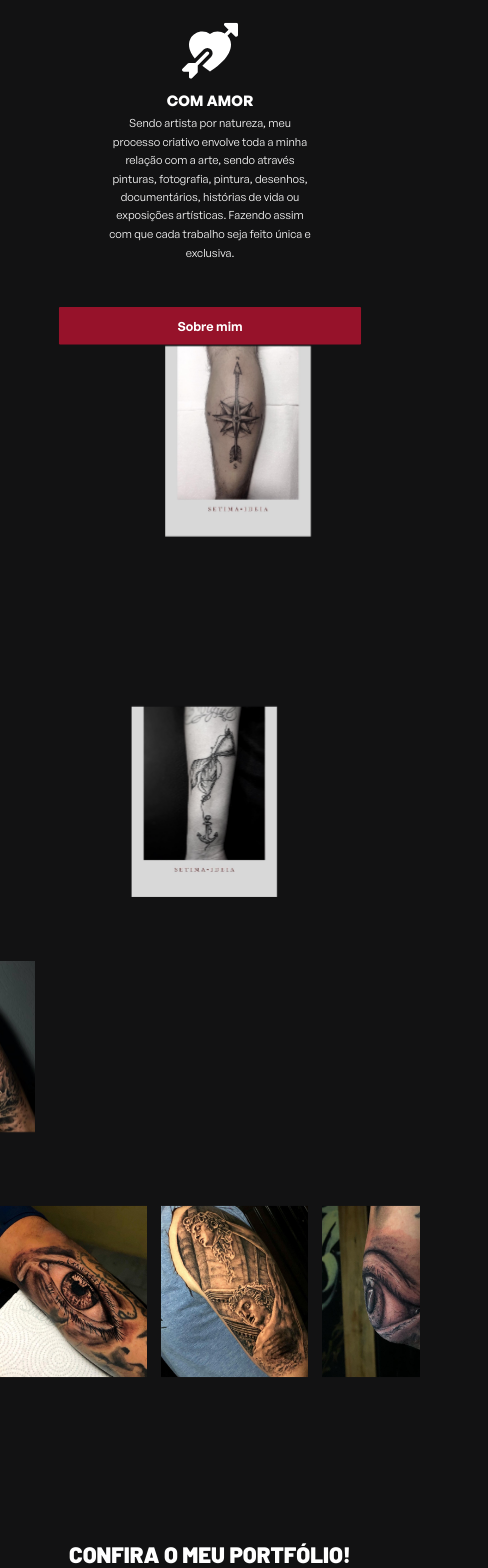
Repository: Leoka2000/S-tima-Ideia
Page: /
These files come from the project's save history. The page is drawn as it stood at one moment and after the next save; the edit follows.
The browser window is 600 px wide. The page is 697 px wide, so the pictures cover 697 px, including what lies to the right of the window. The pictures show the part of the page from y = 1399 to 3639 px (the page is 8832 px tall), at 70% of full size.
Backgrounds fixed to the window are drawn as part of the page. The project was rebuilt for these pictures with package versions that can differ from the ones it lists, and the page was loaded fresh each time. Some packages were replaced by stand-ins written for this rebuild. Also part of the build but not shown: src/pages/main/instagram/instagram.css, src/pages/main/instagram/instagram.jsx, src/App.css, src/pages/portfolio/portfolio.css, src/data/database-common.js, src/pages/portfolio/loop-content.jsx, src/pages/portfolio/portfolio.jsx, src/pages/portfolio/index.jsx and 2 more. Imported but missing from the stored project, and not drawn on this page: src/assets/videos/cauan-video.mp4.

Above is the page before, as saved 2023-05-22 21:10:26.

### public/index.html
<!DOCTYPE html>
<html lang="en">
  <head>
    <meta charset="utf-8" />
    <link rel="icon" href="%PUBLIC_URL%/logo.png" />
    <meta name="viewport" content="width=device-width, initial-scale=1" />
    <meta name="theme-color" content="#000000" />
    <meta
      name="description"
      content="Web site created using create-react-app"
    />
    <link rel="apple-touch-icon" href="%PUBLIC_URL%/logo192.png" />
    <!--
      manifest.json provides metadata used when your web app is installed on a
      user's mobile device or desktop. See https://developers.google.com/web/fundamentals/web-app-manifest/
    -->
    <link rel="manifest" href="%PUBLIC_URL%/manifest.json" />
    <!--
      Notice the use of %PUBLIC_URL% in the tags above.
      It will be replaced with the URL of the `public` folder during the build.
      Only files inside the `public` folder can be referenced from the HTML.

      Unlike "/favicon.ico" or "favicon.ico", "%PUBLIC_URL%/favicon.ico" will
      work correctly both with client-side routing and a non-root public URL.
      Learn how to configure a non-root public URL by running `npm run build`.
    -->
    <title>Setima Idea.ink</title>
  </head>
  <body>
    <noscript>You need to enable JavaScript to run this app.</noscript>
    <div id="root"></div>
    <!--
      This HTML file is a template.
      If you open it directly in the browser, you will see an empty page.

      You can add webfonts, meta tags, or analytics to this file.
      The build step will place the bundled scripts into the <body> tag.

      To begin the development, run `npm start` or `yarn start`.
      To create a production bundle, use `npm run build` or `yarn build`.
    -->
  </body>
</html>

### src/pages/main/index/index.jsx
import React from 'react'
import Hero from '../hero/hero'
import About from '../about/about'
import Carousel from '../carousel/carousel'
import HorizontalParallax2 from '../carousel/carousel2'
import LookPortfolio from '../olhe-portfolio'
import Video from '../video/video'
import Instagram from '../instagram/instagram'
import Form from '../contact/form'
import Contact from '../contact'
import Sobre from '../../sobre/about/about'

const index = () => {
  return (
    <>
      <Hero/>
      <About/>
      <Carousel/>
      <HorizontalParallax2/>
      <LookPortfolio/>
      <Video/>
      <Sobre/>
      {/* <Instagram/> */}
      <Contact/>
    </>
  )
}

export default index

### src/pages/sobre/about/about.jsx
import React from 'react'
import "./about.css"
import { BsFacebook } from 'react-icons/bs'
import { BsInstagram } from 'react-icons/bs'
import { AiOutlineMail } from 'react-icons/ai'
import cauan from '../../../assets/images/cauan.jpg'
import {Link} from 'react-scroll'

const Sobre = () => {
  return (
    <section id='about' className='sobre-section'>
      <main>
        <div className='sobre-left'>
          <h2>Tatuador na equipe Família Bagé.</h2>
          <h1>Cauan Rossoni Feversani</h1>
          <p>Magna nisl egestas amet netus lectus malesuada diam et ullamcorper et in urna maecenas praesent ut vitae tempus sollicitudin pharetra ipsum molestie urna scelerisque.</p>
          <div className='sobre-icons-wrapper'>
            <a target='_blank' href='https://www.instagram.com/setimaideia.ink'>
              <BsInstagram />
            </a>
            <a href='mailto:contato.cauanrf@gmail.com'>
              <AiOutlineMail />
            </a>
          </div>
          <div className='sobre-button-wrapper'>
          <Link style={{ textDecoration: 'none' }} spy={true} smooth={true} offset={100} duration={500} to='form' ><button className='solid'>Contato</button></Link>
            <a target='_blank' href='https://www.instagram.com/setimaideia.ink'><button className='transparent'>Veja o portfólio</button></a>
          </div>
        </div>
        <div className='sobre-right'>
          <img alt='cauan' src={cauan}/>
        </div>
      </main>
    </section>
  )
}

export default Sobre

### src/components/footer/footer.jsx
import { useEffect } from 'react'
import './footer.css'
import { BsFacebook } from 'react-icons/bs'
import { BsInstagram } from 'react-icons/bs'
import { AiOutlineMail } from 'react-icons/ai'
import machine from '../../assets/icons/tattoo-machine.png'
import bage from '../../assets/brand/bage.jpg'
import { useLocation } from 'react-router-dom'
import { Link } from 'react-scroll'

const Footer = () => {

    const location = useLocation();

    useEffect(() => {
        window.scrollTo(0, 0);
    }, [location.pathname]);


    return (
        <footer>
            <main>
                <div className='footer-left'>
                    <div className='footer-cauan'>
                        <img src={machine} />
                        <p>Cauan Rossoni</p>
                    </div>

                    <div className='footer-icons-wrapper'>
                        <a target='_blank' href='https://www.instagram.com/setimaideia.ink/'>< BsInstagram /></a>
                        <a target='_blank' href='mailto:contato.cauanrf@gmail.com'><AiOutlineMail /></a>
                    </div>
                </div>
                <div className='footer-middle'>
                    <h1>Páginas</h1>
                    <Link style={{ textDecoration: 'none' }} spy={true} smooth={true} offset={100} duration={500} to='inicio' >Início</Link>
                    <Link style={{ textDecoration: 'none' }} spy={true} smooth={true} offset={100} duration={500} to='portfolio' >Portfolio</Link>
                    <Link style={{ textDecoration: 'none' }} spy={true} smooth={true} offset={100} duration={500} to='about' >Sobre</Link>
                </div>
                <div className='footer-right'><a target='_blank' href='https://www.instagram.com/_familiabagetattoo_/'><img src={bage} /></a></div>
            </main>
            <div className='leo-tag'>
                <p>Desenvolvido por <a style={{textDecoration: 'none'}} href='https://www.linkedin.com/in/leoreus/'>Leo Reus Oliveira</a></p>
            </div>
        </footer>
    )
}

export default Footer

### src/pages/main/hero/hero.jsx
import React from 'react';
import { motion } from 'framer-motion';
import './hero.css';
import logo from '../../../assets/brand/logoCorrected.png';
import { Link } from 'react-scroll';

const Hero = () => {
  const text = "Olá, aqui é o Cauan, bem-vindo ao meu website!";

  const parentVariants = {
    animate: {
      transition: {
        staggerChildren: 0.05,
      },
    },
  };

  const childVariants = {
    initial: {
      y: 20,
      opacity: 0,
    },
    animate: {
      y: 0,
      opacity: 1,
    },
  };

  return (
    <section id='inicio' className="hero-section">
      <div className="hero-wrapper">
        <img src={logo} alt="logo" />
        <motion.h1 variants={parentVariants} initial="initial" animate="animate">
          {text.split("").map((letter, index) => (
            <motion.span key={index} variants={childVariants}>{letter}</motion.span>
          ))}
        </motion.h1>
        <h2>Clique no botão a baixo para saber mais.</h2>
        <div>
          <Link to='sobre' className="colored-hero" style={{textDecoration: 'none'}} spy={true} smooth={true} offset={100} duration={500}>Descubra mais</Link>
        </div>
      </div>
    </section>
  );
};

export default Hero;

### src/pages/main/carousel/carousel.jsx
import C1 from '../../../assets/carousel/c1.jpg'
import C2 from '../../../assets/carousel/c2.jpg'
import C3 from '../../../assets/carousel/c3.jpg'
import C4 from '../../../assets/carousel/c4.jpg'
import C5 from '../../../assets/carousel/c5.jpg'
import C6 from '../../../assets/carousel/c6.jpg'
import C7 from '../../../assets/carousel/c7.jpg'
import C8 from '../../../assets/carousel/c8.jpg'
import C9 from '../../../assets/carousel/c9.jpg'
import C10 from '../../../assets/carousel/c10.jpg'

import { motion, useTransform, useScroll, circOut } from "framer-motion";
import React from "react";
import './carousel.css'

const images = [
  C1,
  C5,
  C4,
  C7,
  C2,
  C6,
  C8,
  C9,
  C10,
];

const HorizontalParallax = () => {
  const { scrollYProgress } = useScroll();
  const x = useTransform(scrollYProgress,
     [0, 1],
      [0, -2000],
      { clamp: false, velocity: 0.1, ease: circOut });

  return (
    <div className="horizontal-parallax">
      <motion.div
        className="images-container"
        style={{ x }}
      >
        {images.map((image, index) => (
          <div key={index} className="image">
            <img src={image} alt={`Image ${index}`} />
          </div>
        ))}
      </motion.div>
    </div>
  );
};

export default HorizontalParallax;

### src/pages/main/carousel/carousel2.jsx
import { motion, useTransform, useScroll, circOut } from "framer-motion";
import React from "react";
import './carousel.css'
import C1 from '../../../assets/carousel/c10.jpg'
import C2 from '../../../assets/carousel/c9.jpg'
import C3 from '../../../assets/carousel/c8.jpg'
import C4 from '../../../assets/carousel/c7.jpg'
import C5 from '../../../assets/carousel/c6.jpg'
import C6 from '../../../assets/carousel/c5.jpg'
import C7 from '../../../assets/carousel/c4.jpg'
import C8 from '../../../assets/carousel/c3.jpg'
import C9 from '../../../assets/carousel/c2.jpg'
import C10 from '../../../assets/carousel/c1.jpg'

const images = [
  C2,
  C3,
  C4,
  C1,
  C5,
  C6,
  C7,
  C8,
  C9,
  C10,
];

const HorizontalParallax2 = () => {
  const { scrollYProgress } = useScroll();
  const x = useTransform(scrollYProgress, [1, 0], [0, -2000], {ease: circOut });

  return (
    <div className="horizontal-parallax">
      <motion.div
        className="images-container"
        style={{ x }}
      >
        {images.map((image, index) => (
          <div key={index} className="image">
            <img src={image} alt={`Image ${index}`} />
          </div>
        ))}
      </motion.div>
    </div>
  );
};

export default HorizontalParallax2;

### src/pages/main/olhe-portfolio/index.jsx
import React from 'react'
import './index.css'
import img from '../../../assets/images/lookportfolio-img.png'
import silhouete from '../../../assets/icons/about-tattoo-machine.png'
import clown from '../../../assets/icons/rose.png'
import { useInView } from 'react-intersection-observer';
import { motion } from 'framer-motion'
import { Link } from 'react-router-dom'

const LookPortfolio = () => {

  const [ref1, inView1] = useInView({
    threshold: 0.3,
    triggerOnce: true,
    delay: 0.7
  });

  const [ref2, inView2] = useInView({
    threshold: 0.3,
    triggerOnce: true,
    delay: 0.9
  });

  return (
    <section id='portfolio' className='look-portfolio-section'>
      <img alt='silhouete' className='silhouete' src={silhouete} />
      <img alt='silhouete' className='clown' src={clown} />
      <motion.div
        ref={ref1}
        initial={{ opacity: 0 }}
        animate={inView1 ? { opacity: 1 } : { opacity: 0 }}
        transition={{ duration: 1 }}
        className='look-portfolio-left'>
        <img src={img} />
      </motion.div>
      <motion.div
        ref={ref2}
        initial={{ opacity: 0 }}
        animate={inView2 ? { opacity: 1 } : { opacity: 0 }}
        transition={{ duration: 1 }}
        className='look-portfolio-right'>
        <h1>Confira o meu portfólio!</h1>
        <p>Clique no link a baixo para acessar o meu portfólio no Instagram. Lá, você pode encontrar uma exposição dos meus trabalhos atualizados.</p>
        <a
         style={{textDecoration:'none'}} target='_blank' href='https://www.instagram.com/setimaideia.ink/'>Saiba mais</a>
      </motion.div>

    </section>
  )
}

export default LookPortfolio

### src/pages/main/video/video.jsx
import React, { useState } from 'react';
import './video.css';
import cauan from '../../../assets/videos/cauan-video.mp4'
import thumb from '../../../assets/images/Thumbnail.jpg'
import { FaPlay, FaTimes } from "react-icons/fa";

function Video() {
    const [showVideo, setShowVideo] = useState(false);

    function handlePlayClick() {
        setShowVideo(true);
        document.body.style.overflow = 'hidden';
    }

    function handleCloseClick() {
        setShowVideo(false);
        document.body.style.overflow = 'visible';
    }

    return (
        <section className="video-thumbnail">
            <div className='overlay-effect'>
                <div
                    className="thumbnail-image"

                >
                    <button
                        className="play-button"
                        onClick={handlePlayClick}
                    >
                        <FaPlay className="play-icon" />
                    </button>
                </div>
                {showVideo && (
                    <div className="video-overlay">
                        <button className="close-button" onClick={handleCloseClick}>
                            <FaTimes className="close-icon" />
                        </button>
                        <div className="video-wrapper">
                            <video src={cauan} controls autoPlay />
                        </div>
                    </div>
                )}
            </div>
        </section>
    );
}

export default Video

### src/pages/main/contact/index.jsx
import React from 'react'
import Form from './form'
import './form.css'
import { useInView } from 'react-intersection-observer';
import { motion } from 'framer-motion'
import { AiFillMessage } from 'react-icons/ai'
import { AiOutlineFieldTime } from 'react-icons/ai'
import { BsCashStack } from 'react-icons/bs'
import { MdFastfood} from 'react-icons/md'
import {BsCapsulePill} from 'react-icons/bs'

const Index = () => {

  const [ref1, inView1] = useInView({
    threshold: 0.7,
    triggerOnce: true,
    delay: 0.9
  });

  return (
    <section className='form-section-parent'>

      <motion.header
        ref={ref1}
        initial={{ opacity: 0 }}
        animate={inView1 ? { opacity: 1 } : { opacity: 0 }}
        transition={{ duration: 1 }}
        className='form-header'>
        <h1>INFORMAÇÕES IMPORTANTES!</h1>
        <p>Este site tem a intenção de fazer com que você me conheça melhor. Se você deseja marcar uma tatuagem comigo, leia as informações abaixos.</p>
        <div className='row-wrapper'>
          <div>
            <span><AiFillMessage /></span>
            <p>Envie-me uma mensagem no Instagram e uma foto de referência ou mencione a ID de um dos meus trabalhos presentes na seção de portfólio deste site.</p>
          </div>
          <div>
            <span><BsCashStack /></span>
            <p>Para agendar uma tatuagem comigo, você precisará pagar um depósito, e esse valor será destinado para o custo total do trabalho.</p>
          </div>
          <div>
            <span><AiOutlineFieldTime /></span>
            <p>Será necessário 48 horas de antecedência para cancelar ou reagendar uma sessão. Se você não conseguir fazer isso, precisará marcar outro agendamento e pagar um depósito extra.</p>
          </div>
          <div>
            <span><MdFastfood /></span>
            <p>Certifique-se de comer, se hidratar e descansar antes de realizer sua tatuagem.</p>
          </div>
          <div>
            <span><BsCapsulePill/></span>
            <p>Não venha de ressaca ou sob o efeito de drogas.</p>
          </div>

        </div>

      </motion.header>
      <Form />
    </section >
  )
}

export default Index

### src/pages/main/about/about.css
.about-section {
    padding: 10rem 0 15rem 0rem;
    display: flex;
    justify-content: center;
    gap:5rem;
}
.about-left {
    display: flex;
    flex-direction: column;


}
.about-left > div {
    display: flex;
    align-items: center;
    gap: 1rem;
    margin-bottom: 1rem;
    margin-top: 2rem;
}
.about-left > div > div {
    display: flex;
    flex-direction: column;
}
.about-left > div > div > h1 {
    font-size: 1.5rem;
    font-weight: 900;
}
.about-left > div > div > p {
    max-width: 30rem;
    font-size: 0.95rem;
    line-height: 1.6rem;
    margin-top: 0.3rem;
}
.about-left > h1 {
    font-family: Barlow, sans-serif;
    font-size: 3rem;
   margin-bottom: 0.2rem;
   line-height: 4rem;
    font-weight: 900;
}
.about-left > h2 {
    max-width: 30rem;
    font-size: 0.95rem;
    line-height: 1.6rem;
}
.about-left > div > img {
    width: 5.5rem;
}
.about-left > div > span {
    font-size: 5rem;
}

.about-right {
    position: relative;
    display: flex;
    width: 25rem;
-webkit-box-orient: vertical;
-webkit-box-direction: normal;
-webkit-flex-direction: column;
-ms-flex-direction: column;
flex-direction: column;


}

.thumbnail-about {
    position: absolute;
    width: 22rem;
    height: 35rem;
  }



  #bottom-img {
    top: 3rem;
    left: 10rem;
    z-index: 5;
    position: absolute;
  }




  .parallax-layer {
    position: absolute;
    width: 100%;
    height: 100%;
    top: 0;
    left: 0;
    background-size: cover;
    background-position: center;
    z-index: -1;
  }


  .parallax-layer-2 {
    position: absolute;

 width: 25rem;
    top: 15rem;
    z-index: 4;
       background-image: url("../../../assets/images/about-img2.jpg");
  }

  .parallax-layer-1 {
    background-image: url("../../../assets/images/about-img.jpg");
    z-index: 5;
    position: absolute;
  top: -10rem;

  left: 7rem;
 width: 25rem;
  }
  .about-left > a > button{
    padding: 1rem;
   margin-top: 2rem;
    cursor: pointer;
-webkit-box-pack: center;
-webkit-justify-content: center;
-ms-flex-pack: center;
justify-content: center;
border: 1px solid transparent;
border-radius: 2px;
background-color: #96122a;
-webkit-transition: box-shadow 300ms ease, -webkit-transform 300ms ease;
transition: box-shadow 300ms ease, -webkit-transform 300ms ease;
transition: box-shadow 300ms ease, transform 300ms ease;
transition: box-shadow 300ms ease, transform 300ms ease, -webkit-transform 300ms ease;
font-family: 'General Sans', sans-serif;
color: #fff;
line-height: 1.111em;
font-weight: 500;
width: 12rem;
text-align: center;
text-decoration: none;
text-transform: none;
-webkit-transform-style: preserve-3d;
transform-style: preserve-3d;
}

.about-left > a > button:hover {
    box-shadow: 0 10px 20px 0 rgba(248, 19, 60, 0.2);
-webkit-transform: translate3d(0px, -3px, 0.01px);
transform: translate3d(0px, -3px, 0.01px);
color: #fff;

}

@media screen and (max-width: 1306px) {
    .about-right, .parallax-layer, .parallax-layer-1, .parallax-layer-2 {
        display: none;
    }
}

@media screen and (max-width: 1100px) {
    .about-right, .parallax-layer, .parallax-layer-1, .parallax-layer-2 {
        display: flex;
    }
    .about-section {
        padding: 10rem 0 50rem 0;
        display: flex;
        justify-content: center;
        flex-direction: column;
        gap:5rem;
        align-items: center;
    }



    .parallax-layer-2 {
        position: absolute;
      left: 5rem;
     width: 15rem;
        top: 20rem;
        height: 25rem;
        z-index: 4;
           background-image: url("../../../assets/images/about-img2.jpg");
      }

      .parallax-layer-1 {
        background-image: url("../../../assets/images/about-img.jpg");
        z-index: 5;
        position: absolute;
      top:1rem;
      height: 25rem;
      left: 12rem;
      width: 15rem;
      }
}
@media screen and (max-width: 640px) {
    .about-section {
        padding: 10rem 0 50rem 0;
        display: flex;
        justify-content: center;
        flex-direction: column;
        gap:5rem;
        align-items: center;
    }
    .about-right {
        width: 20rem;
    }
    .about-left > div {
        flex-direction: column;

    }
    .about-left > h1 {
        font-family: Barlow, sans-serif;
        font-size: 2.4rem;
       margin-bottom: 0.5rem;
       line-height: 2.5rem;

    }
    .about-left > h2 {
        font-size: 1rem;
        line-height: 1.65rem;
        margin-bottom: 1rem;
    }
    .about-left {
        text-align: center;
        align-items: center;
        margin-right: 1rem;
        margin-left: 1rem;
    }
    .about-left > div > div > h1 {
        font-size: 1.3rem;
        font-weight: 900;
    }
    .about-left > div > div  {
        display: flex;
        align-items: center;
        justify-content: center;
    }
    .about-left > div > div > p {
        font-size: 1rem;
        line-height: 1.65rem;
      width: 18rem;
      margin-bottom: 1rem;
    }
    .about-left > a{
        width: 100%;
}
.about-left > a > button {
    width: 90%;
}
.parallax-layer-2 {
    position: absolute;
  left: 3rem;
 width: 13rem;
    top: 27rem;
    height: 17rem;
    z-index: 4;
       background-image: url("../../../assets/images/about-img2.jpg");
  }

  .parallax-layer-1 {
    background-image: url("../../../assets/images/about-img.jpg");
    z-index: 5;
    position: absolute;
  top:-4rem;
  height: 17rem;
  left: 6rem;
  width: 13rem;
  }

}

### src/pages/main/carousel/carousel.css
.horizontal-parallax {
  position: relative;
  width: 100%;
  height: 400px;
  overflow-x: hidden;
}

.images-container {
  position: absolute;
  top: 0;
  left: 0;
  height: 100%;
  white-space: nowrap;
}

.image {
  display: inline-block;
  width: 400px;
  height: 350px;
  margin-right: 20px;
  overflow: hidden;
}

.image img {
  width: 100%;
  height: 100%;
  object-fit: cover;
}

@media screen and (max-width: 650px) {
  .image {
    display: inline-block;
    width: 210px;
    height: 245px;
    margin-right: 20px;
    overflow: hidden;
  }
  .horizontal-parallax {
    position: relative;
    width: 100%;
    height: 350px;
    overflow-x: hidden;
  }

}

### src/pages/main/video/video.css
.video-thumbnail {
    position: relative;
    width: 100%;
    height: 15rem;
    padding-bottom: 56.25%;
    background-color: rgba(0, 0, 0, 0.2);
    z-index: 3;

  }
  .overlay-effect {
    position: absolute;

left: 0%;
top: 0%;
right: 0%;
bottom: 0%;
z-index: 2;
display: -webkit-box;
display: -webkit-flex;
display: -ms-flexbox;
display: flex;
width: 100%;
height: 100%;
-webkit-box-pack: center;
-webkit-justify-content: center;
-ms-flex-pack: center;
justify-content: center;
-webkit-box-align: center;
-webkit-align-items: center;
-ms-flex-align: center;
align-items: center;
border-top: 1px solid #393939;
border-bottom: 1px solid #393939;
background-color: rgba(0, 0, 0, 0.7);
  }

  .thumbnail-image {
    position: absolute;
    top: 0;
    left: 0;
    height: 100%;
    width: 100%;
    z-index: -1;

    background-image: linear-gradient( 115deg, rgba(34, 34, 34, 0.8), rgba(44, 21, 21, 0.8) ), url('../../../assets/images/Thumbnail.jpg');
    background-size: cover;
    background-repeat: no-repeat;
    background-position: center;
    display: flex;
    justify-content: center;
    align-items: center;
  }



  .play-button {
    display: flex;
    justify-content: center;
    align-items: center;
    width: 80px;
    height: 80px;
    border: none;
    border-radius: 50%;
    background-color: rgba(0, 0, 0, 0.6);
    cursor: pointer;
    transition: 0.3s;
  }

  .play-icon {
    color: white;
    font-size: 30px;

  }
  .play-button:hover {
transform: scale(1.1);
  }

  .video-overlay {
    position: fixed;
    top: 0;
    left: 0;
    width: 100%;
    height: 100%;
    z-index: 1;
    display: flex;
    justify-content: center;
    align-items: center;
    background-color: rgba(0, 0, 0, 0.8);
  }

  .close-button {
    position: absolute;
    top: 8.5rem;
    right: 2rem;
    display: flex;
    justify-content: center;
    align-items: center;
    width: 30px;
    height: 30px;
    background-color: rgba(0, 0, 0, 0.6);
    border: none;
    cursor: pointer;
  }

  .close-icon {
    color: white;
    font-size: 20px;
  }

  .video-wrapper {

    overflow: hidden;
  }

  video {
    width: 45rem;
    height: 1000rem;
    object-fit: contain;

  }

  @media screen and (max-width: 650px) {
    video {
      width: 45rem;
      height: 1000rem;
      object-fit: contain;

    }


  .video-thumbnail {
    position: relative;
    width: 100%;
    height: 25rem;
    padding-bottom: 56.25%;
    background-color: rgba(0, 0, 0, 0.2);
    z-index: 3;

  }
      }

Loaded but not shown: src/index.js (36 lines, source omitted); src/routes.js (29 lines, source omitted); src/pages/main/contact/form.css (328 lines, source omitted); src/pages/sobre/about/about.css (260 lines, source omitted); src/components/navbar/navbar.css (277 lines, source omitted); src/pages/main/contact/form.jsx (95 lines, source omitted); src/pages/main/hero/hero.css (175 lines, source omitted); src/index.css (112 lines, source omitted); src/pages/main/olhe-portfolio/index.css (156 lines, source omitted); src/pages/main/about/about.jsx (76 lines, source omitted); src/components/navbar/navbar.jsx (80 lines, source omitted); src/components/footer/footer.css (122 lines, source omitted)

After the next save:
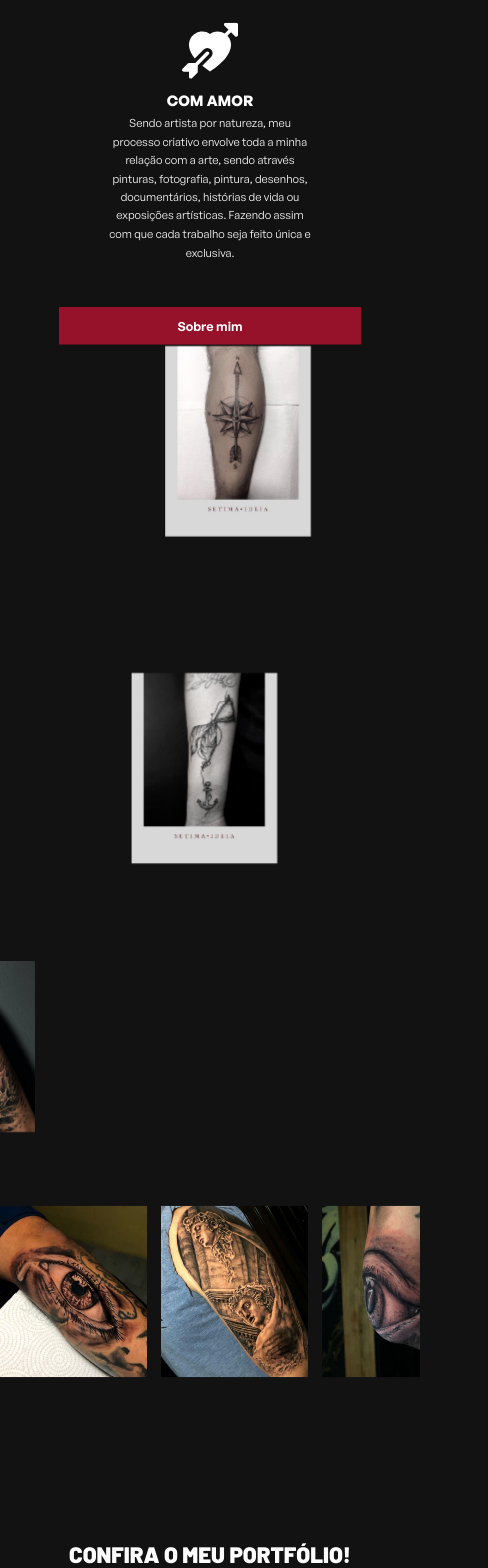
Saved 5 min 25 s later.
--- a/src/pages/main/about/about.css
+++ b/src/pages/main/about/about.css
@@ -246,7 +246,7 @@ color: #fff;
     position: absolute;
   left: 3rem;
  width: 13rem;
-    top: 27rem;
+    top: 24rem;
     height: 17rem;
     z-index: 4;
        background-image: url("../../../assets/images/about-img2.jpg");
